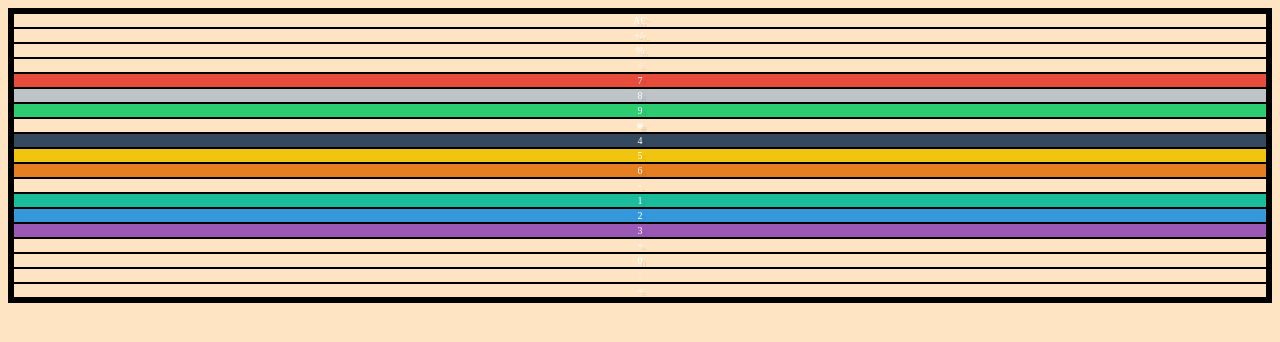
Repository: noahcallen/LAB-calculator
Page: index.html
An editor plug-in stored every save of this project. The page is shown before and after the next save, followed by the edit.
The browser window is 1280 px wide. The pictures show the whole page.

Above is the page before, as saved 2024-07-09 21:42:14.

After the next save:
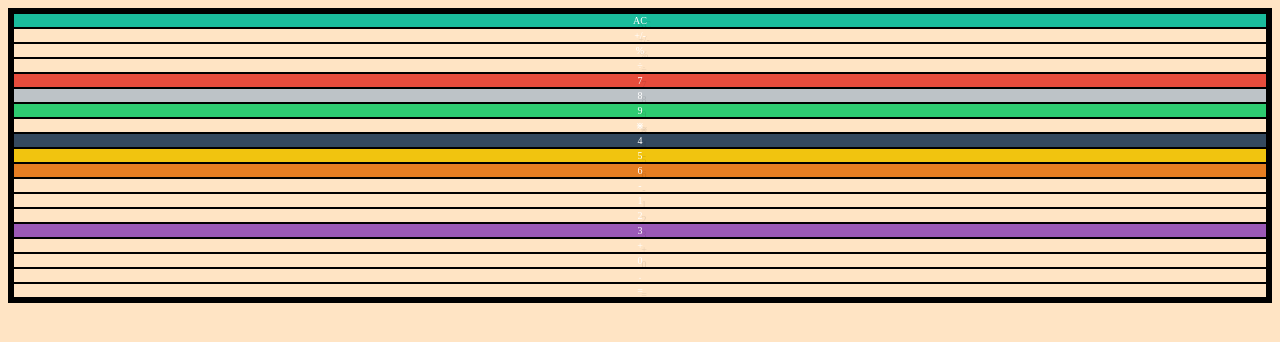
Saved 25 s later.
--- a/main.css
+++ b/main.css
@@ -6,8 +6,8 @@ body {
   border: solid 5px black;
 }
 
-.box1 { background:#1abc9c;}
-.box2 { background:#3498db;}
+.boxAC { background:#1abc9c;}
+.box+/- { background:#3498db;}
 .box3 { background:#9b59b6;}
 .box4 { background:#34495e;}
 .box5 { background:#f1c40f;}
@@ -27,7 +27,6 @@ body {
   padding:1px;
 }
 
-/* We start writing out flexbox here. The above is just page setup */
 .container {
   display: flex;
   flex-direction: column;
